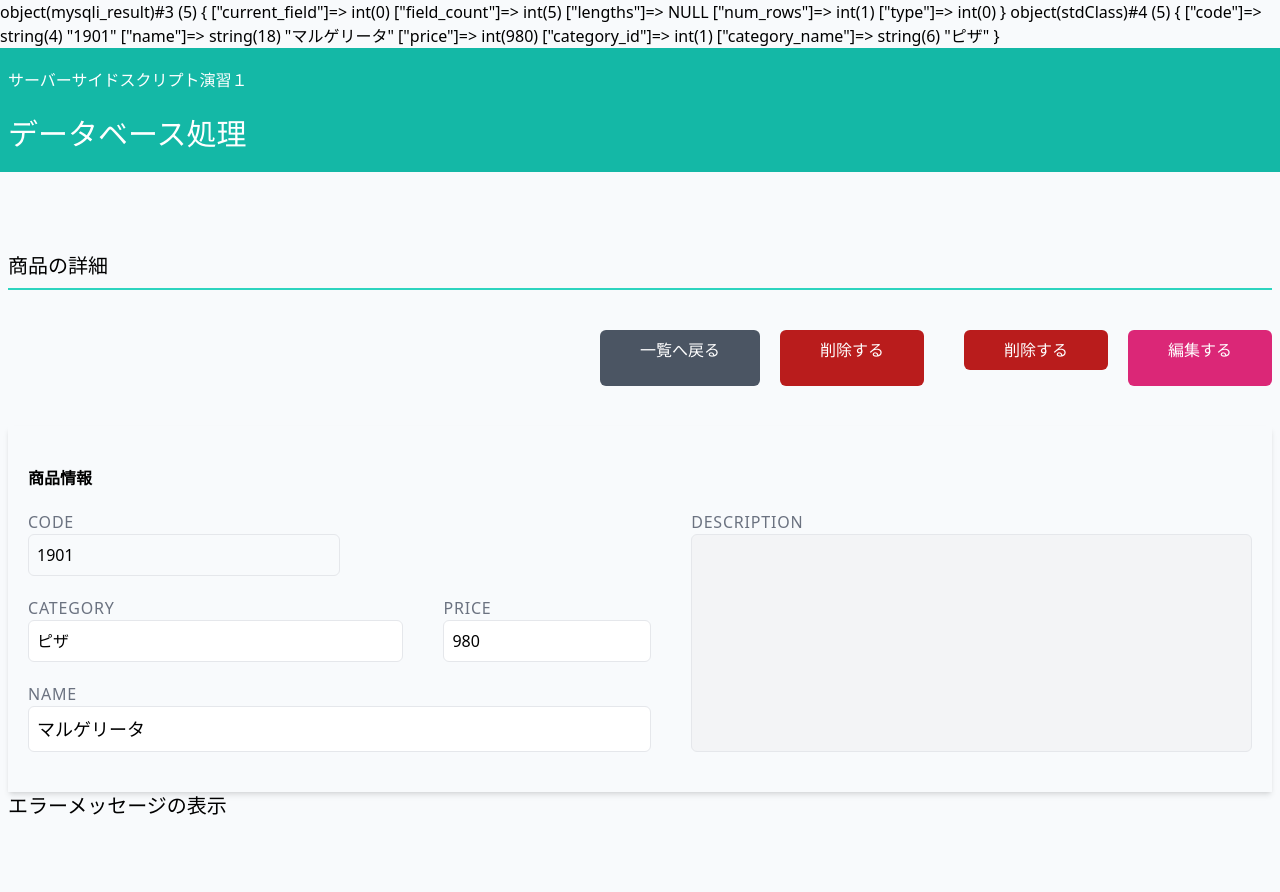
Repository: OkadaMiki/php1
Page: http://localhost/kadai07_1.php?product_code=1901
An editor plug-in stored every save of this project. The page is shown before and after the next save, followed by the edit.
The browser window is 1280 px wide. The pictures show the whole page.
Some web libraries are served in a nearby version. The page is run by PHP 8.4 with error messages shown; the project is at /var/www/html/. The database holds what the project's SQL file puts in it.

Above is the page before, as saved 2024-07-11 16:15:22.

After the next save:
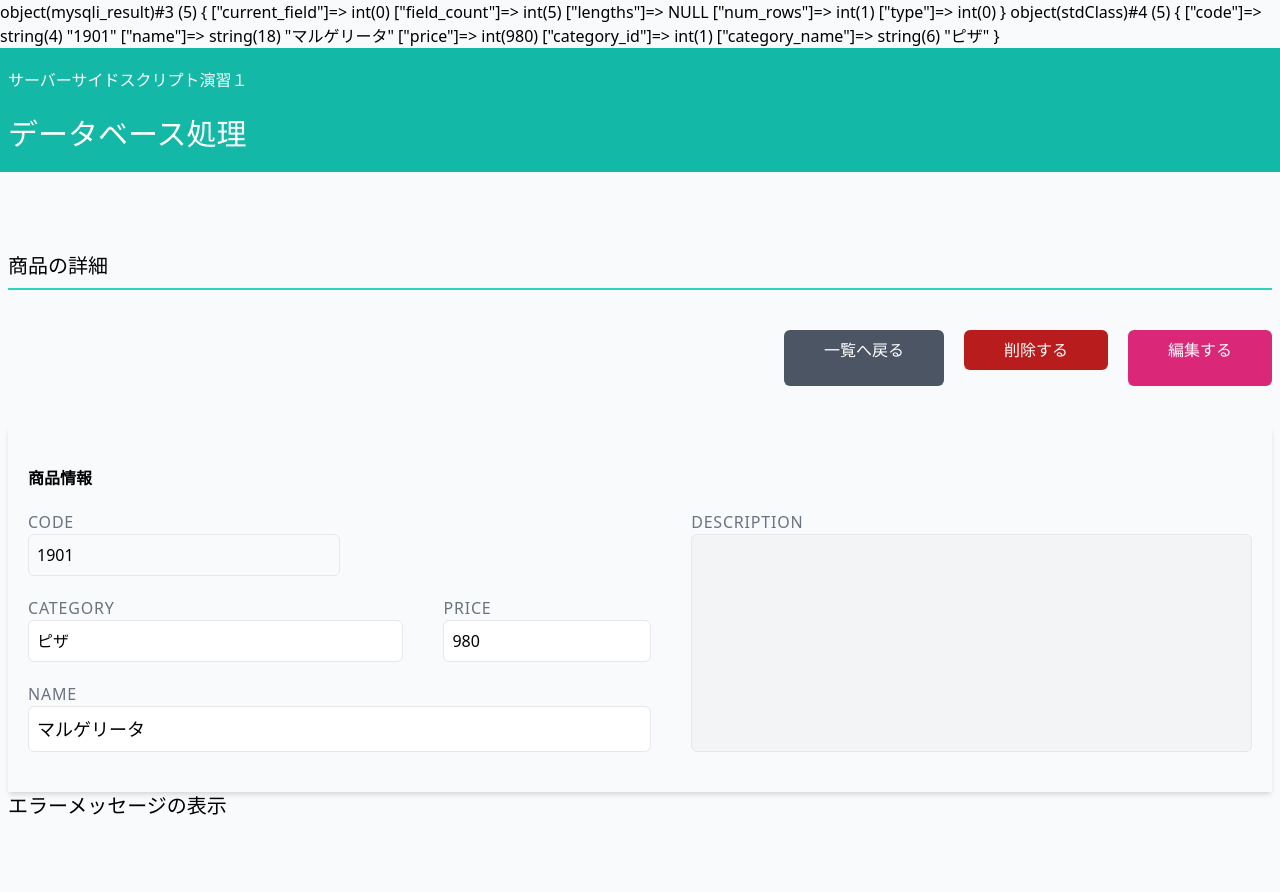
Saved 50 s later.
--- a/kadai07_1.php
+++ b/kadai07_1.php
@@ -94,7 +94,7 @@ var_dump($product);
 
         <div class="flex flex-col sm:flex-row justify-end mb-10">
           <a href="./kadai06_1.php" class="text-white text-center leading-10 bg-gray-600 px-10 hover:bg-gray-500 rounded-md">一覧へ戻る</a>
-          <a href="#" class="text-white text-center leading-10 bg-red-700 px-10 px-10 mx-5 hover:bg-red-600 rounded-md">削除する</a>
+          <!-- <a href="#" class="text-white text-center leading-10 bg-red-700 px-10 px-10 mx-5 hover:bg-red-600 rounded-md">削除する</a> -->
 
           <!--kadai10_1-->
           <form action="" method="" class="w-full sm:w-fit">
